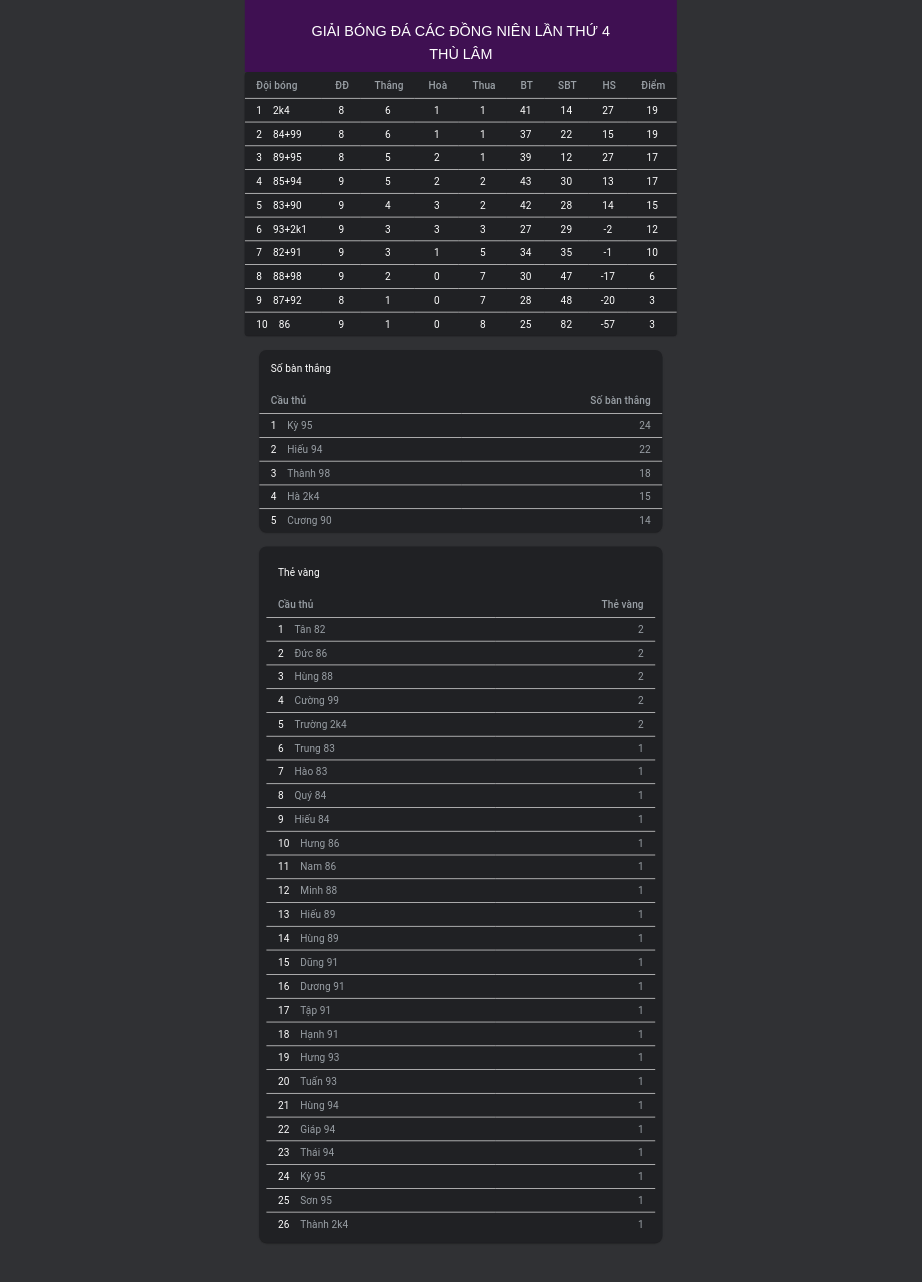
Repository: tuan842001/thulam
Page: /
These files come from the project's save history. The page is drawn as it stood at one moment and after the next save; the edit follows.
The browser window is 1280 px wide. The pictures show the whole page, at 72% of full size.
The project was rebuilt for these pictures with package versions that can differ from the ones it lists, and the page was loaded fresh each time.

Above is the page before, as saved 2022-01-11 15:57:26.

### public/index.html
<!DOCTYPE html>
<html lang="en">
  <head>
    <meta charset="utf-8" />
    <link rel="icon" href="%PUBLIC_URL%/favicon.ico" />
    <meta name="viewport" content="width=device-width, initial-scale=1" />
    <meta name="theme-color" content="#000000" />
    <meta
      name="description"
      content="Web site created using create-react-app"
    />

    <link href="https://cdn.jsdelivr.net/npm/bootstrap@5.1.3/dist/css/bootstrap.min.css" rel="stylesheet" integrity="sha384-1BmE4kWBq78iYhFldvKuhfTAU6auU8tT94WrHftjDbrCEXSU1oBoqyl2QvZ6jIW3" crossorigin="anonymous">
<script src="https://cdn.jsdelivr.net/npm/bootstrap@5.1.3/dist/js/bootstrap.bundle.min.js" integrity="sha384-ka7Sk0Gln4gmtz2MlQnikT1wXgYsOg+OMhuP+IlRH9sENBO0LRn5q+8nbTov4+1p" crossorigin="anonymous"></script>
    <title>GIẢI BÓNG ĐÁ CÁC ĐỒNG NIÊN THÙ LÂM</title>
  </head>
  <body>
    <noscript>You need to enable JavaScript to run this app.</noscript>
    <div id="root"></div>

  </body>
</html>

### src/App.js
import "./App.css";
import { Header } from "./components/header/Header";
import Card from "./pages/card/Card";
import Statistical from "./pages/statistical/Statistical";
import UserList from "./pages/userList/UserList";

function App() {
  return (
    <div className="App" style={{ height: "102%" }}>
      <Header />
      <UserList />
      <Statistical />
      <Card />
    </div>
  );
}

export default App;

### src/App.css
body {
  margin: 0;
  font-family: 'Montserrat', sans-serif;
  background-color: #303134;
  display: flex;
  justify-content: center;
}

* {
  margin: 0;
}

@media screen and (max-width: 480px) {
  body {
    justify-content: normal;
  }
}

### src/components/header/Header.jsx
import * as React from "react";
import "./header.css";

export const Header = () => {
  return (
    <div className="header">
      <h4>GIẢI BÓNG ĐÁ CÁC ĐỒNG NIÊN LẦN THỨ 4</h4>
      <h3>THÙ LÂM</h3>
    </div>
  );
};

### src/pages/card/Card.jsx
import * as React from "react";
import Table from "@mui/material/Table";
import TableBody from "@mui/material/TableBody";
import TableCell from "@mui/material/TableCell";
import TableContainer from "@mui/material/TableContainer";
import TableHead from "@mui/material/TableHead";
import TableRow from "@mui/material/TableRow";
import Paper from "@mui/material/Paper";

function createData(order, name, goal) {
  return {
    order,
    name,
    goal,
  };
}

const rows = [
  createData(1, "Tân 82", 2),
  createData(2, "Đức 86", 2),
  createData(3, "Hùng 88", 2),
  createData(4, "Cường 99", 2),
  createData(5, "Trường 2k4", 2),
  createData(6, "Trung 83", 1),
  createData(7, "Hào 83", 1),
  createData(8, "Quý 84", 1),
  createData(9, "Hiếu 84", 1),
  createData(10, "Hưng 86", 1),
  createData(11, "Nam 86", 1),
  createData(12, "Minh 88", 1),
  createData(13, "Hiếu 89", 1),
  createData(14, "Hùng 89", 1),
  createData(15, "Dũng 91", 1),
  createData(16, "Dương 91", 1),
  createData(17, "Tập 91", 1),
  createData(18, "Hạnh 91", 1),
  createData(19, "Hưng 93", 1),
  createData(20, "Tuấn 93", 1),
  createData(21, "Hùng 94", 1),
  createData(22, "Giáp 94", 1),
  createData(23, "Thái 94", 1),
  createData(24, "Kỳ 95", 1),
  createData(25, "Sơn 95", 1),
  createData(26, "Thành 2k4", 1),
];

export default function Card() {
  return (
    <TableContainer
      component={Paper}
      style={{
        backgroundColor: "#202124",
        color: "#FFFF",
        margin: "20px",
        width: "560px",
        borderRadius: "10px",
        padding: "10px",
        border: "1px solid rgba(255, 255, 255,)",
      }}
    >
      <TableCell style={{ color: "#FFFF", borderBottom: "none" }} align="right">
        Thẻ vàng
      </TableCell>
      <Table sx={{ minWidth: 500 }} size="small" aria-label="a dense table">
        <TableHead>
          <TableRow>
            <TableCell style={{ color: "#9aa0a6" }}>Cầu thủ</TableCell>
            <TableCell style={{ color: "#9aa0a6" }} align="right">
              Thẻ vàng
            </TableCell>
          </TableRow>
        </TableHead>
        <TableBody>
          {rows.map((row) => (
            <TableRow
              key={row.name}
              sx={{ "&:last-child td, &:last-child th": { border: 0 } }}
            >
              <TableCell
                component="th"
                scope="row"
                style={{ color: "#9aa0a6" }}
              >
                <span
                  style={{
                    color: "#fff",
                    marginRight: "15px",
                    textAlign: "center",
                  }}
                  align="center"
                >
                  {row.order}
                </span>
                {row.name}
              </TableCell>
              <TableCell style={{ color: "#9aa0a6" }} align="right">
                {row.goal}
              </TableCell>
            </TableRow>
          ))}
        </TableBody>
      </Table>
    </TableContainer>
  );
}

### src/pages/statistical/Statistical.jsx
import * as React from "react";
import Table from "@mui/material/Table";
import TableBody from "@mui/material/TableBody";
import TableCell from "@mui/material/TableCell";
import TableContainer from "@mui/material/TableContainer";
import TableHead from "@mui/material/TableHead";
import TableRow from "@mui/material/TableRow";
import Paper from "@mui/material/Paper";

function createData(order, name, goal) {
  return {
    order,
    name,
    goal,
  };
}

const rows = [
  createData(1, "Kỳ 95", 24),
  createData(2, "Hiếu 94", 22),
  createData(3, "Thành 98", 18),
  createData(4, "Hà 2k4", 15),
  createData(5, "Cương 90", 14),
];

export default function Statistical() {
  return (
    <TableContainer
      component={Paper}
      style={{
        backgroundColor: "#202124",
        color: "#FFFF",
        margin: "20px",
        width: "560px",
        borderRadius: "10px",
      }}
    >
      <TableCell style={{ color: "#FFFF", borderBottom: "none" }} align="right">
        Số bàn thắng
      </TableCell>
      <Table sx={{ minWidth: 500 }} size="small" aria-label="a dense table">
        <TableHead>
          <TableRow>
            <TableCell style={{ color: "#9aa0a6" }}>Cầu thủ</TableCell>
            <TableCell style={{ color: "#9aa0a6" }} align="right">
              Số bàn thắng
            </TableCell>
          </TableRow>
        </TableHead>
        <TableBody>
          {rows.map((row) => (
            <TableRow
              key={row.name}
              sx={{ "&:last-child td, &:last-child th": { border: 0 } }}
            >
              <TableCell
                component="th"
                scope="row"
                style={{ color: "#9aa0a6" }}
              >
                <span
                  style={{
                    color: "#FFFF",
                    marginRight: "15px",
                    textAlign: "center",
                  }}
                  align="center"
                >
                  {row.order}
                </span>
                {row.name}
              </TableCell>
              <TableCell style={{ color: "#9aa0a6" }} align="right">
                {row.goal}
              </TableCell>
            </TableRow>
          ))}
        </TableBody>
      </Table>
    </TableContainer>
  );
}

### src/pages/userList/UserList.jsx
import * as React from "react";
import Table from "@mui/material/Table";
import TableBody from "@mui/material/TableBody";
import TableCell from "@mui/material/TableCell";
import TableContainer from "@mui/material/TableContainer";
import TableHead from "@mui/material/TableHead";
import TableRow from "@mui/material/TableRow";
import Paper from "@mui/material/Paper";

function createData(
  order,
  name,
  fought,
  win,
  draw,
  lose,
  goal,
  goals,
  difference,
  protein
) {
  return {
    order,
    name,
    fought,
    win,
    draw,
    lose,
    goal,
    goals,
    difference,
    protein,
  };
}

const rows = [
  createData(1, "2k4", 8, 6, 1, 1, 41, 14, 27, 19),
  createData(2, "84+99", 8, 6, 1, 1, 37, 22, 15, 19),
  createData(3, "89+95", 8, 5, 2, 1, 39, 12, 27, 17),
  createData(4, "85+94", 9, 5, 2, 2, 43, 30, 13, 17),
  createData(5, "83+90", 9, 4, 3, 2, 42, 28, 14, 15),
  createData(6, "93+2k1", 9, 3, 3, 3, 27, 29, -2, 12),
  createData(7, "82+91", 9, 3, 1, 5, 34, 35, -1, 10),
  createData(8, "88+98", 9, 2, 0, 7, 30, 47, -17, 6),
  createData(9, "87+92", 8, 1, 0, 7, 28, 48, -20, 3),
  createData(10, "86", 9, 1, 0, 8, 25, 82, -57, 3),
];

export default function UserList() {
  return (
    <TableContainer
      component={Paper}
      style={{ backgroundColor: "#202124", color: "#FFFF" }}
    >
      <Table sx={{ minWidth: 600 }} size="small" aria-label="a dense table">
        <TableHead>
          <TableRow>
            <TableCell style={{ color: "#9aa0a6" }}>Đội bóng</TableCell>
            <TableCell style={{ color: "#9aa0a6" }} align="right">
              ĐĐ
            </TableCell>
            <TableCell style={{ color: "#9aa0a6" }} align="right">
              Thắng
            </TableCell>
            <TableCell style={{ color: "#9aa0a6" }} align="right">
              Hoà
            </TableCell>
            <TableCell style={{ color: "#9aa0a6" }} align="right">
              Thua
            </TableCell>
            <TableCell style={{ color: "#9aa0a6" }} align="right">
              BT
            </TableCell>
            <TableCell style={{ color: "#9aa0a6" }} align="right">
              SBT
            </TableCell>
            <TableCell style={{ color: "#9aa0a6" }} align="right">
              HS
            </TableCell>
            <TableCell style={{ color: "#9aa0a6" }} align="right">
              Điểm
            </TableCell>
          </TableRow>
        </TableHead>
        <TableBody>
          {rows.map((row) => (
            <TableRow
              key={row.name}
              sx={{ "&:last-child td, &:last-child th": { border: 0 } }}
            >
              <TableCell component="th" scope="row" style={{ color: "#FFFF" }}>
                <span
                  style={{
                    color: "#FFFF",
                    marginRight: "15px",
                    textAlign: "center",
                  }}
                  align="center"
                >
                  {row.order}
                </span>

                {row.name}
              </TableCell>
              <TableCell style={{ color: "#FFFF" }} align="center">
                {row.fought}
              </TableCell>
              <TableCell style={{ color: "#FFFF" }} align="center">
                {row.win}
              </TableCell>
              <TableCell style={{ color: "#FFFF" }} align="center">
                {row.draw}
              </TableCell>
              <TableCell style={{ color: "#FFFF" }} align="center">
                {row.lose}
              </TableCell>
              <TableCell style={{ color: "#FFFF" }} align="center">
                {row.goal}
              </TableCell>
              <TableCell style={{ color: "#FFFF" }} align="center">
                {row.goals}
              </TableCell>
              <TableCell style={{ color: "#FFFF" }} align="center">
                {row.difference}
              </TableCell>
              <TableCell style={{ color: "#FFFF" }} align="center">
                {row.protein}
              </TableCell>
            </TableRow>
          ))}
        </TableBody>
      </Table>
    </TableContainer>
  );
}

### src/components/header/header.css
.header {
    background: #3F1052;
    height: 100px;
    width: 600px;
    text-align: center;
    color: #fff;
    display: flex;
    align-content: center;
    flex-direction: column;
    justify-content: center;
    padding-top: 25px;
}

.header h4 {
    font-size: 20px;
}

.header h3 {
    font-size: 20px;
}

Loaded but not shown: src/index.js (common file)

After the next save:
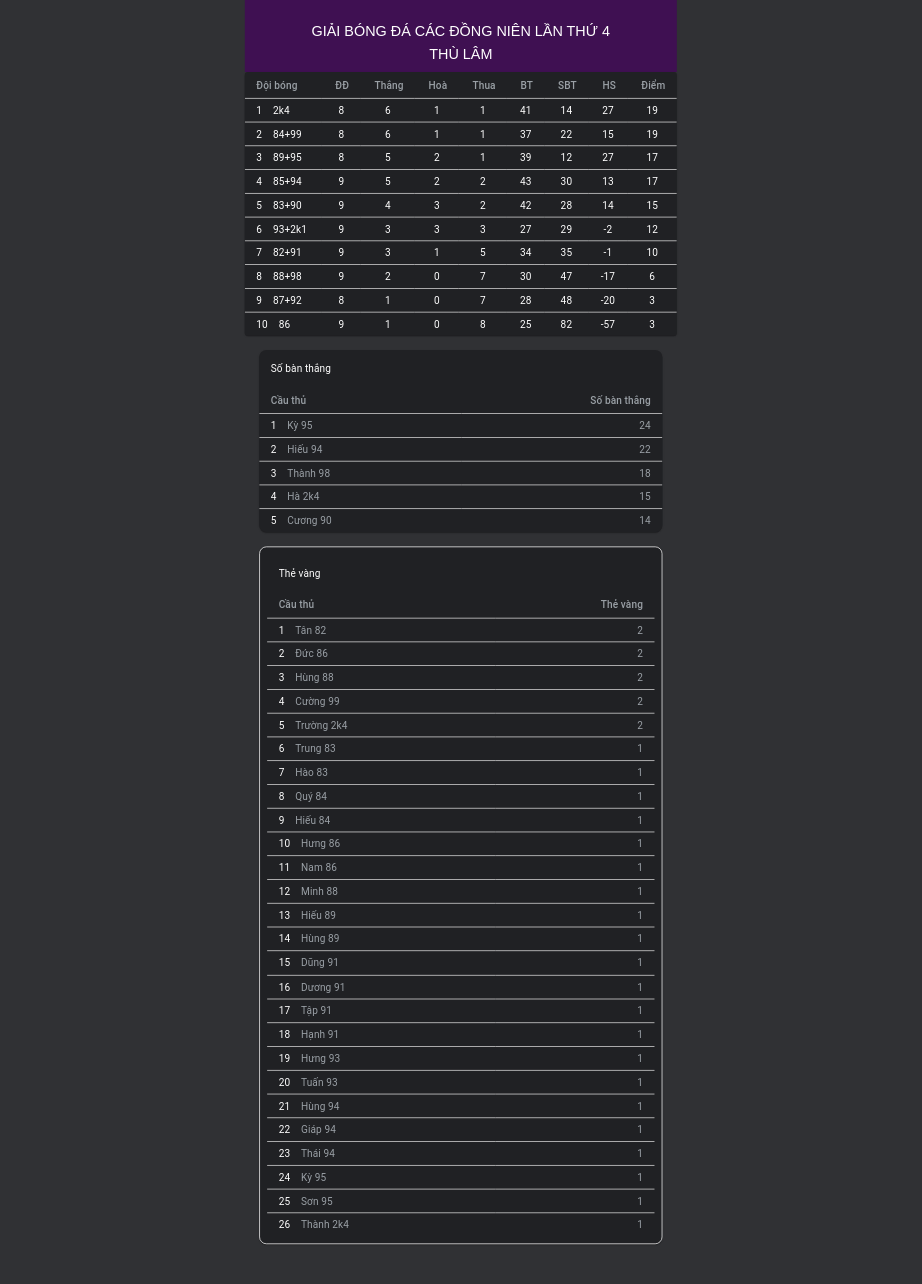
Saved 10 s later.
--- a/src/pages/card/Card.jsx
+++ b/src/pages/card/Card.jsx
@@ -55,7 +55,7 @@
         width: "560px",
         borderRadius: "10px",
         padding: "10px",
-        border: "1px solid rgba(255, 255, 255,)",
+        border: "1px solid #ffff",
       }}
     >
       <TableCell style={{ color: "#FFFF", borderBottom: "none" }} align="right">

After the save that followed:
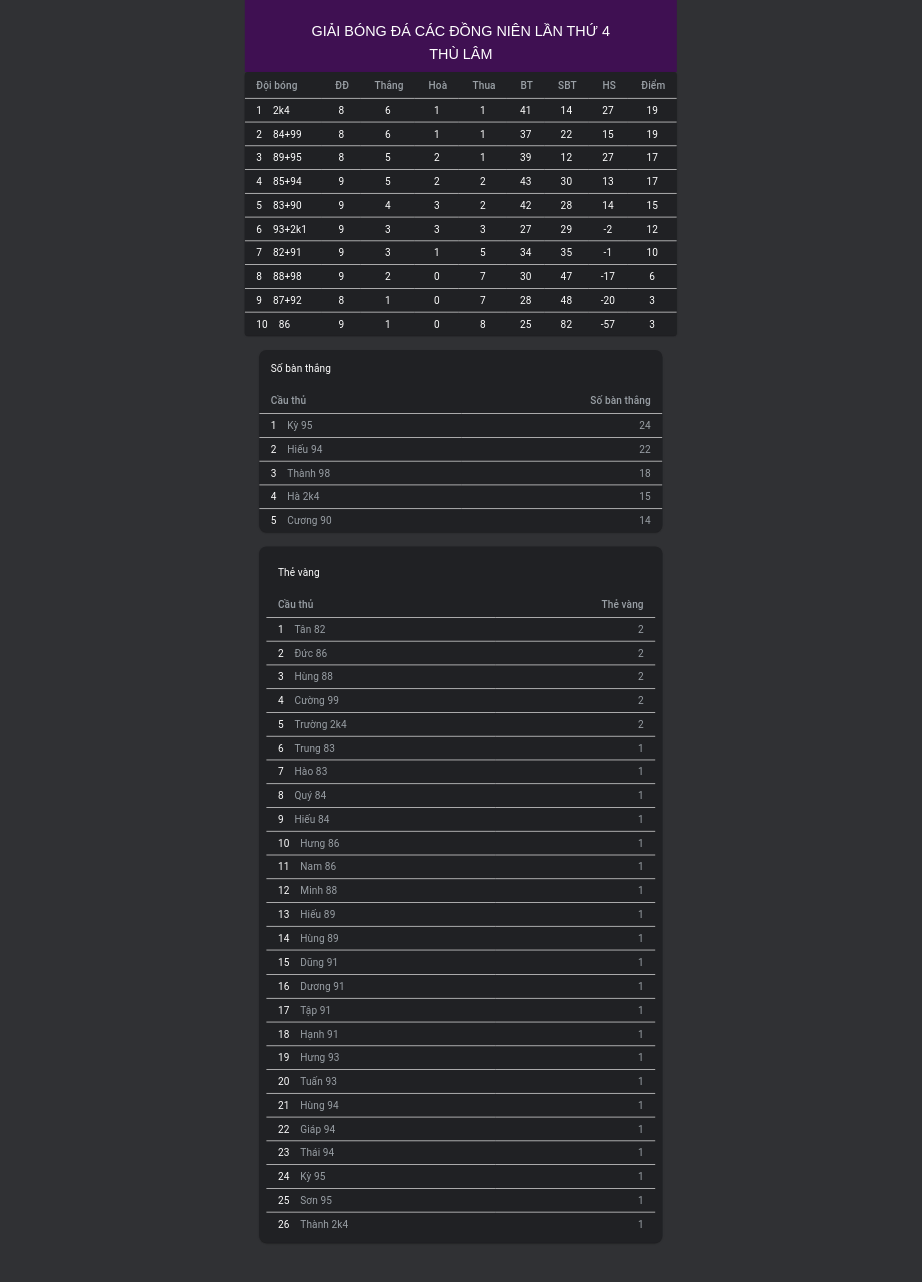
Saved 10 s later.
--- a/src/pages/card/Card.jsx
+++ b/src/pages/card/Card.jsx
@@ -55,7 +55,6 @@
         width: "560px",
         borderRadius: "10px",
         padding: "10px",
-        border: "1px solid #ffff",
       }}
     >
       <TableCell style={{ color: "#FFFF", borderBottom: "none" }} align="right">
